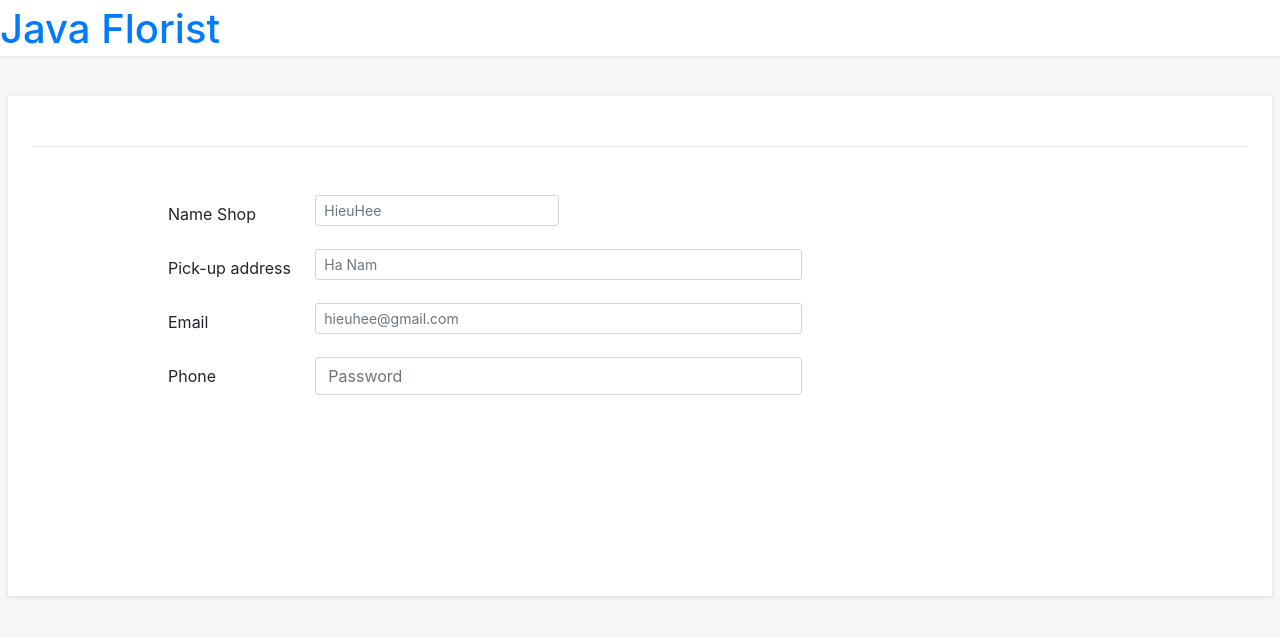
Repository: hienttm/flower-java-florist
Page: JavaFlorist/JavaFlorist/wwwroot/BecomePartner/index.html
An editor plug-in stored every save of this project. The page is shown before and after a run of saves, followed by the edit.
The browser window is 1280 px wide. The pictures show the whole page.
Some web libraries are served in a nearby version.

Above is the page before, as saved 2023-12-29 17:58:59.

After the next 2 saves:
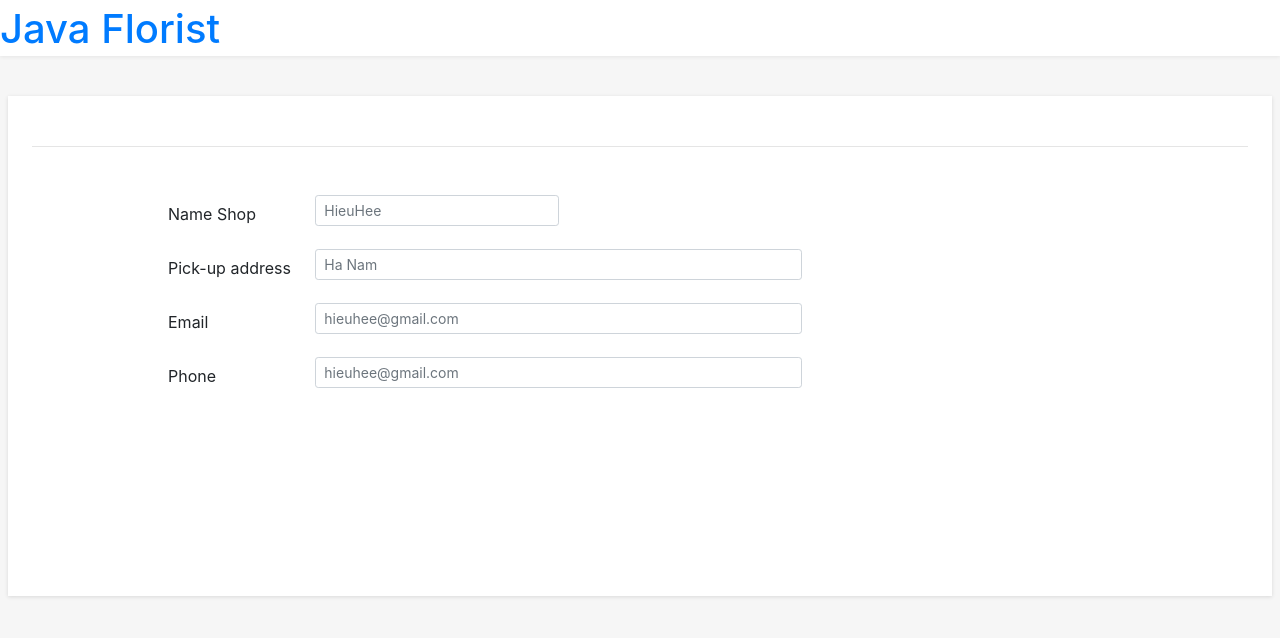
The 2 saves are shown as one change because they came seconds apart.
The last was saved 15 s later.
--- a/JavaFlorist/JavaFlorist/wwwroot/BecomePartner/index.html
+++ b/JavaFlorist/JavaFlorist/wwwroot/BecomePartner/index.html
@@ -51,7 +51,7 @@
                                   <div class="form-group row">
                                     <label for="phone" class="col-sm-2 col-form-label">Phone</label>
                                     <div class="w-50">
-                                      <input type="password" class="form-control" id="inputPassword" placeholder="Password">
+                                        <input type="phone" class="form-control form-control-sm"  placeholder="hieuhee@gmail.com">
                                     </div>
                                   </div>
                               </form>
